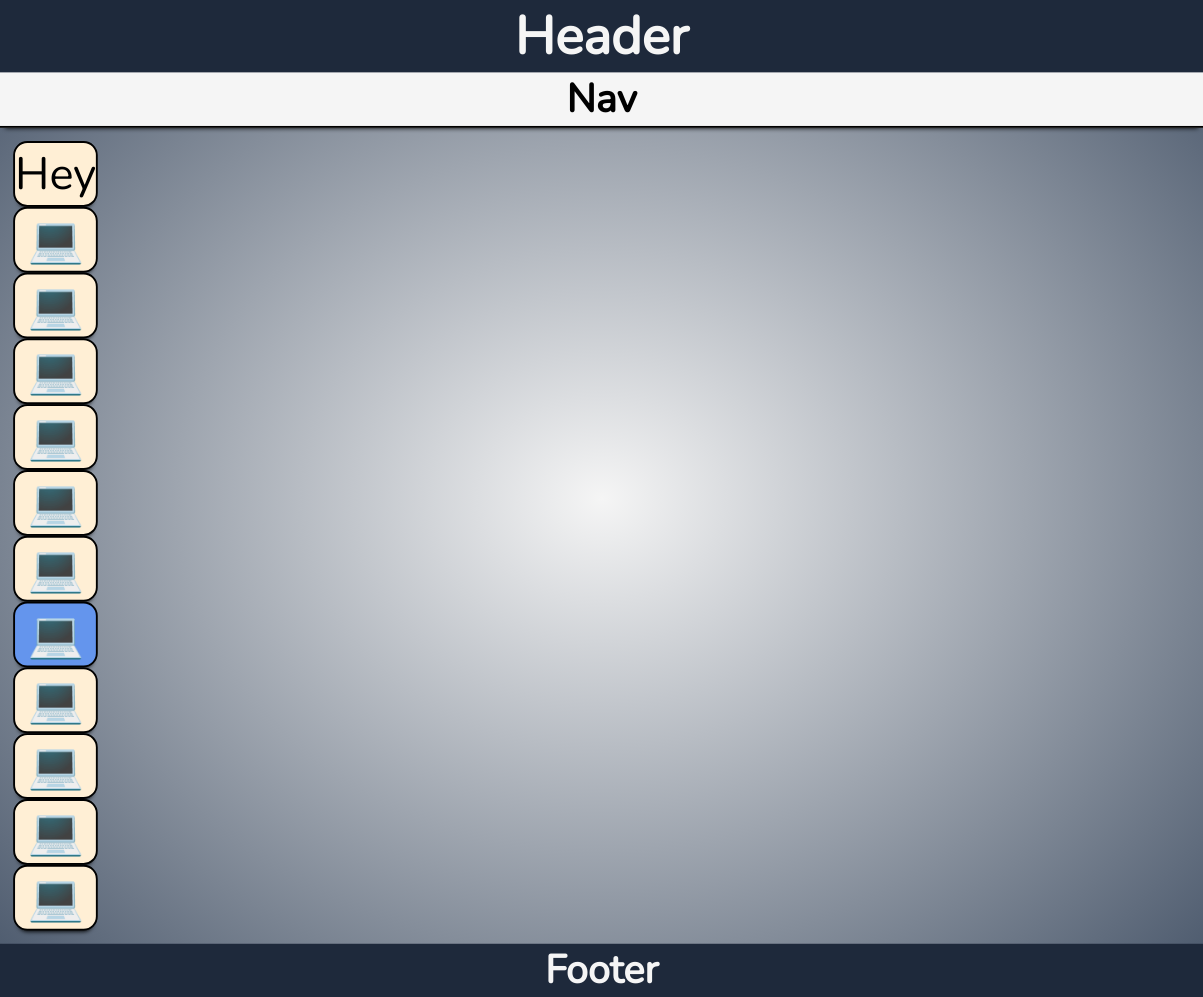
Repository: JavaProgrammerFromEastEurope/project-css-full-tutorial
Page: 21_lesson/index.html
The author's editor kept a copy of each file at every save. The page is drawn from the files as they stood at one save, then again after the next save.
The browser window is 1280 px wide. The pictures show the whole page, at 94% of full size.

Above is the page before, as saved 2023-04-07 14:50:25.

### 21_lesson/index.html
<!DOCTYPE html>
<html lang="en">
  <head>
    <meta charset="UTF-8" />
    <meta http-equiv="X-UA-Compatible" content="IE=edge" />
    <meta name="viewport" content="width=device-width, initial-scale=1.0" />
    <title>CSS Functions</title>
    <link rel="stylesheet" href="css/style.css" />
  </head>

  <body>
    <header>
      <h1>Header</h1>
      <nav>
        <h2>Nav</h2>
      </nav>
    </header>

    <main>
      <!-- <section>
            <h2>My Heading</h2>
            <p class="content">Lorem ipsum dolor sit amet consectetur adipisicing elit. Modi quo aperiam porro, odio
                mollitia suscipit eius
                similique corrupti! Facere nihil cum recusandae officia autem tenetur suscipit exercitationem atque
                tempora
                molestiae.
            </p>
            <br>
            <a href="https://www.google.com/">Google</a>
        </section>
        <aside>
            <h2>Aside</h2>
            <p class="content">
                <span class="tooltip" data-tooltip="This is Latin">Lorem</span> ipsum dolor sit amet consectetur
                adipisicing elit. Modi quo aperiam porro, odio
                mollitia suscipit eius
                similique corrupti! Facere nihil cum recusandae officia autem tenetur suscipit exercitationem atque
                tempora
                molestiae.
            </p>
        </aside> -->
      <div class="square">
        <p>Hey</p>
      </div>
      <div class="square">💻</div>
      <div class="square">💻</div>
      <div class="square">💻</div>
      <div class="square">💻</div>
      <div class="square">💻</div>
      <div class="square">💻</div>
      <div class="square square--highlight">💻</div>
      <div class="square">💻</div>
      <div class="square">💻</div>
      <div class="square">💻</div>
      <div class="square">💻</div>
    </main>

    <footer>
      <h2>Footer</h2>
    </footer>
  </body>
</html>

### 21_lesson/css/style.css
@import url('https://fonts.googleapis.com/css2?family=Nunito&display=swap');

/* || RESET */
* {
  margin: 0;
  padding: 0;
  box-sizing: border-box;
}

/* || VARIABLES */
:root {
  /* FONT */
  --FF: 'Nunito', sans-serif;
  --FS: clamp(1.75rem, 3vh, 2.25rem);
	--FS-SM: clamp(1.25rem, 2vh, 1.5rem);
  --FS-XL: 3rem;

  /* COLOR */
  --BGCOLOR: #475569;
  --ALT-BGCOLOR: #1E293B;
  --RADIAL-COLOR: whitesmoke;
  --LIGHT-COLOR: whitesmoke;
  --DARK-COLOR: #000;

  /* SQUARE */
  --SQUARE-BGCOLOR: papayawhip;
  --SQUARE-SIZE: max(150px, 20vw);

  /* GENERAL */
  --PADDING: 0.5em;
  --SHADOWS: 0 6px 5px -5px var(--DARK-COLOR);
  --BORDERS: 2px solid var(--DARK-COLOR);
}

@media (prefers-color-scheme: dark) {
  :root {
    --BGCOLOR: #000;
    --ALT-BGCOLOR: #333;
    --RADIAL-COLOR: rgb(217, 217, 217);
    --SQUARE-BGCOLOR: rgb(202, 174, 202);
  }
}

/* || GENERAL STYLES */
body {
  font: var(--FS) var(--FF);
  min-height: 100vh;

  background-color: var(--BGCOLOR);
  background-image: radial-gradient(var(--RADIAL-COLOR), var(--BGCOLOR));
  display: flex;
  flex-direction: column;
}

header,
nav,
footer {
  display: grid;
  place-content: center;
  grid-template-columns: 100%;
  text-align: center;
}

header,
footer {
  positon: sticky;
  background-color: var(--ALT-BGCOLOR);
  color: var(--LIGHT-COLOR);
}

header {
  top: 0;
}

nav {
  background-color: var(--LIGHT-COLOR);
  color: var(--DARK-COLOR);
  border-bottom: var(--BORDERS);
  box-shadow: var(--SHADOWS);
}

main {
  flex-grow: 1;
  padding: var(--PADDING);
  display: grid;
  grid-template-column: repeat(4, minmax(100px, 300px))
  gap: min(2vw, 20px);
	/* display: flex;
  flex-flow: column nowrap;
  justify-content: flex-start; */
}

main section {
	flex-grow: 1;
	padding: var(--PADDING);
}

main aside {
	background-color: hsla(0, 0%, 20%, 0.8);
	color: var(--FS-SM);
	font-style: italic;
	padding: var(--PADDING);
}

.content {
	margin-top: 20px;
}


.tooltip {
	border-bottom: 1px dashed orange;
	position: relative;
}

.tooltip:hover::before {
	content: attr(data-tooltip);
	positioin: absolute;
	top: -20px;
	white-space: nowrap;
	background-color: var(--DARK-COLOR);
	padding: var(--PADDING);
	border-radius: 15px;
}

footer {
  bottom: 0;
}

a:any-link {
	color: firebrick;
}

a:hover,
a:focus {
	filter: brightness(150%);
}

/* || FEATURES */

.square--highlight {
  --SQUARE-BGCOLOR: cornflowerblue;
}

.square {
  background-color: var(--SQUARE-BGCOLOR);
  border: var(--BORDERS);
  border-radius: 15px;
  display: grid;
  place-content: center;
  font-size: var(--FS-XL);
  box-shadow: var(--SHADOWS);
}

@media screen and (min-width: 576px) {
	main {
		flex-flow: row nowrap;
		justify-content: space-between;
	}

	main section {
		width: calc(70% -5px)
	}

	main aside {
		width: calc(30% - 5%)
	}
}

After the next save:
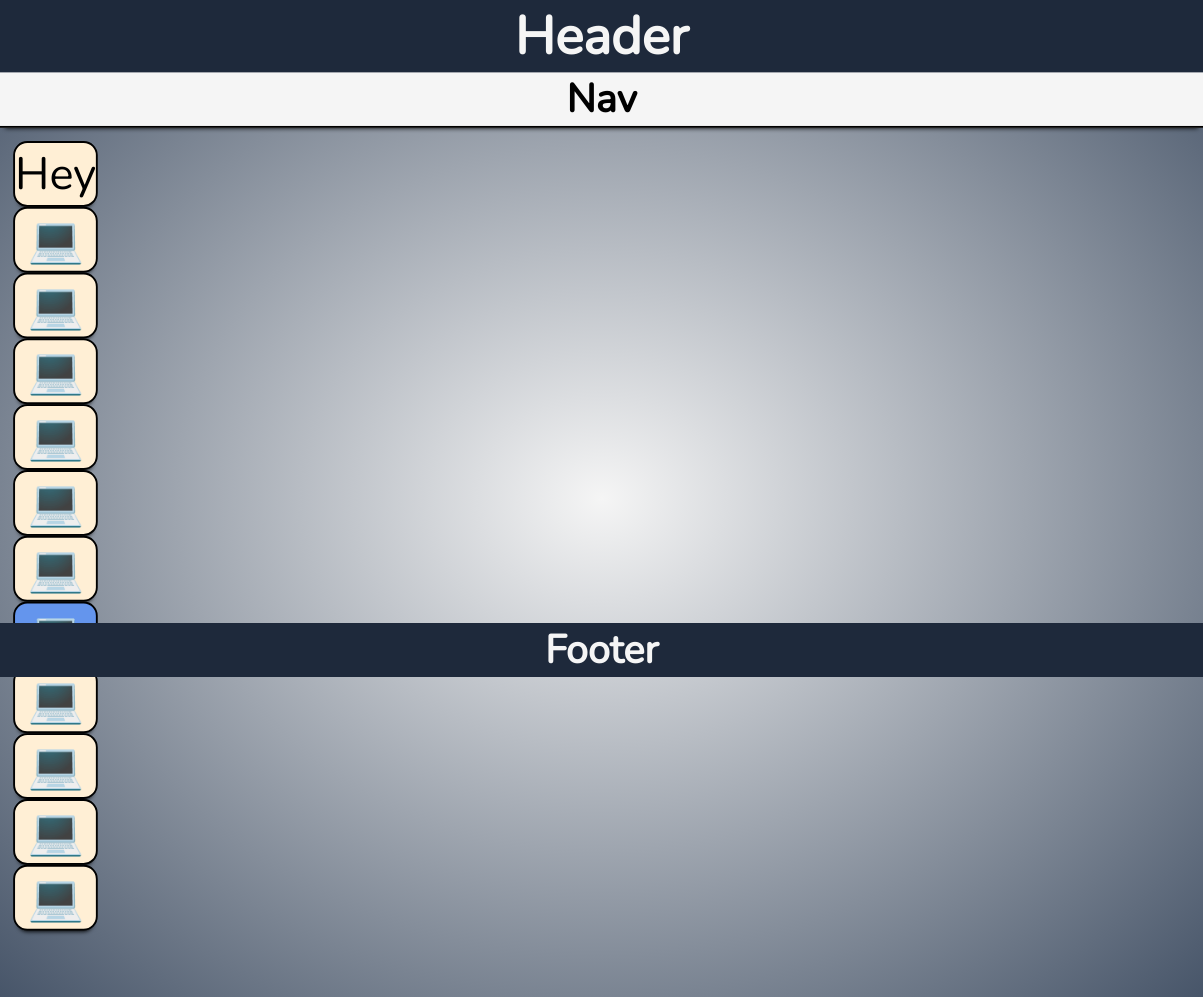
Saved 27 s later.
--- a/21_lesson/css/style.css
+++ b/21_lesson/css/style.css
@@ -63,7 +63,7 @@ footer {
 
 header,
 footer {
-  positon: sticky;
+  position: sticky;
   background-color: var(--ALT-BGCOLOR);
   color: var(--LIGHT-COLOR);
 }
